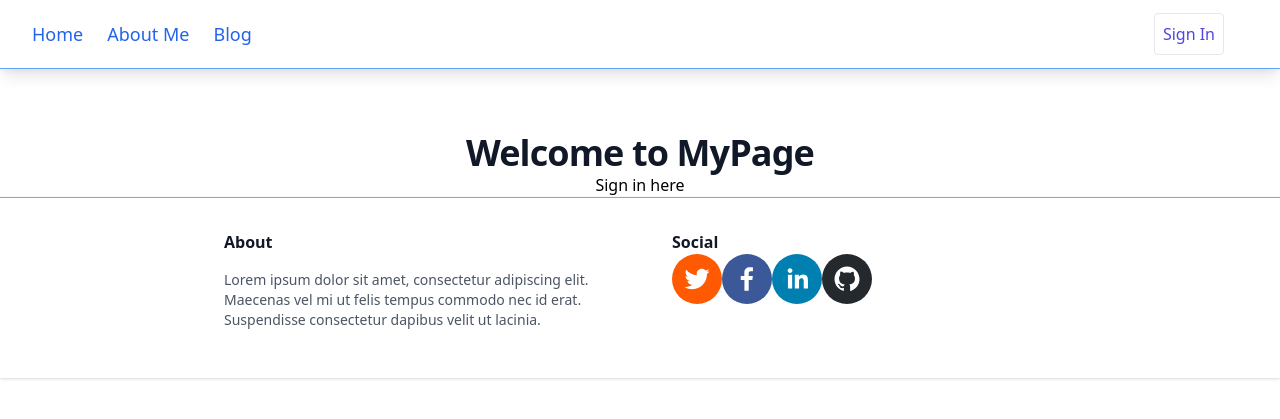
Repository: rushilramesh/portfolio-page
Page: /
An editor plug-in stored every save of this project. The page is shown before and after the next save, followed by the edit.
The browser window is 1280 px wide. The pictures show the whole page.
The project was rebuilt for these pictures with package versions that can differ from the ones it lists, and the page was loaded fresh each time. The framework's server and built-in components were replaced by stand-ins that run in the browser. Also part of the build but not shown: next.config.js.

Above is the page before, as saved 2021-05-21 02:23:28.

After the next save:
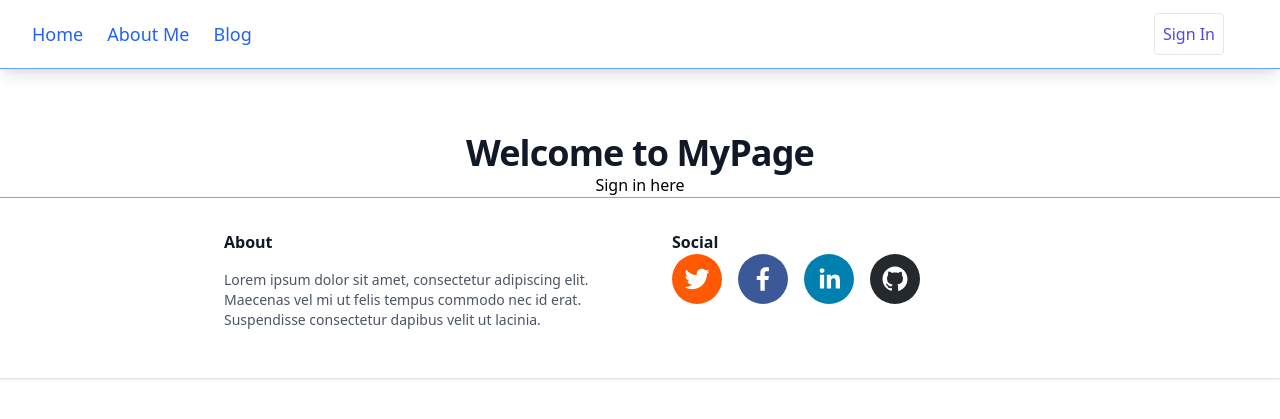
Saved 78 s later.
--- a/components/Layout.tsx
+++ b/components/Layout.tsx
@@ -25,7 +25,7 @@ const Layout = ({children, loggedIn} : {children: React.ReactNode, loggedIn?: bo
                 <div className="flex w-full md:w-1/2">
 					<div className="px-8">
 						<h3 className="font-bold text-gray-900">Social</h3>
-						<div className="container flex flex-row">
+						<div className="container inline-flex space-x-4">
                             <SocialIcon network="twitter" bgColor="#ff5a01" />
                             <SocialIcon network="facebook" />
                             <SocialIcon network="linkedin" />
